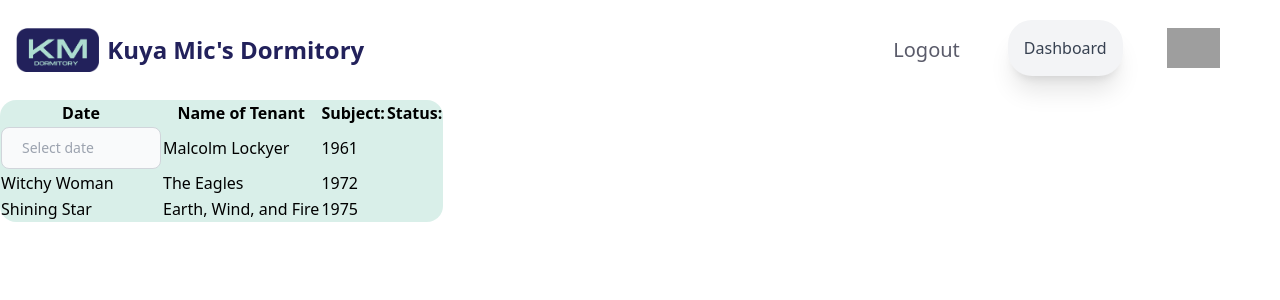
Repository: theamgri/Dormitory-Management-System
Page: logstatus.html
An editor plug-in stored every save of this project. The page is shown before and after the next save, followed by the edit.
The browser window is 1280 px wide. The pictures show the whole page.
Pictures or frames that could not be fetched are drawn as grey boxes. Some web libraries are served in a nearby version.

Above is the page before, as saved 2023-02-27 21:55:44.

### logstatus.html
<!DOCTYPE html>
<html lang="en">
<head>
    <script src="https://cdn.tailwindcss.com"></script>
    <script src="https://unpkg.com/flowbite@1.5.5/dist/datepicker.js"></script>
    <meta charset="UTF-8">
    <meta http-equiv="X-UA-Compatible" content="IE=edge">
    <meta name="viewport" content="width=device-width, initial-scale=1.0">
    <link rel="icon" type="image/x-icon" href="/assets/logo.png">
    <title>Tenant Log Status</title>


    <nav class="bg-white border-gray-200 px-2 lg:px-4 py-1 rounded dark:bg-gray-100">
        <div class="container flex flex-wrap items-center justify-between mx-auto">
          <a href="https://flowbite.com/" class="flex items-left">
              <img src="/assets/logo.png" class="h-11" alt="KM Logo" />
              <span class="self-center align-middle pl-2 text-2xl font-Montserrat font-bold whitespace-nowrap" style="color: #22215B">Kuya Mic's Dormitory </span>
          </a>

          <button data-collapse-toggle="navbar-default" type="button" class="inline-flex items-center p-2 ml-3 text-sm text-gray-500 rounded-lg md:hidden hover:bg-gray-100 focus:outline-none focus:ring-2 focus:ring-gray-200 dark:text-gray-400 dark:hover:bg-gray-700 dark:focus:ring-gray-600" aria-controls="navbar-default" aria-expanded="false">
          <svg class="w-6 h-6" aria-hidden="true" fill="currentColor" viewBox="0 0 20 20" xmlns="http://www.w3.org/2000/svg"><path fill-rule="evenodd" d="M3 5a1 1 0 011-1h12a1 1 0 110 2H4a1 1 0 01-1-1zM3 10a1 1 0 011-1h12a1 1 0 110 2H4a1 1 0 01-1-1zM3 15a1 1 0 011-1h12a1 1 0 110 2H4a1 1 0 01-1-1z" clip-rule="evenodd"></path></svg>
          </button>
          <div class="hidden w-full md:block md:w-auto" id="navbar-default">
            <ul class="flex flex-col p-4 mt-4 border border-gray-100 rounded-lg md:flex-row md:space-x-8 md:mt-0 md:text-sm md:font-medium md:border-0">
              <li>
                <a href="login.html" class="block bg-blue-700 font-Montserrat rounded text-xl md:bg-transparent md:text-blue-700 md:p-4" aria-current="page" style="color: #5A5B6A">Logout</a>
              </li>
              <li>
                <a href="home.html" class="block shadow-xl bg-gray-100 font-Montserrat rounded-3xl text-base md:text-gray-700 md:p-4" aria-current="page">Dashboard</a>
              </li>
              <li>
                <a href="#" class="block py-2 pl-3 pr-4" aria-current="page"><img src="https://icones.pro/wp-content/uploads/2021/02/icone-utilisateur-gris.png" class="h-1 mr-3 sm:h-10" alt="KM Logo" /></a>
              </li>
            </ul>
          </div>

        </div>
      </nav>
</head>
<body>

        <table class="table-auto" style="background-color: #adddd075; border-radius: 1rem;">
            <thead>
              <tr>
                <th>Date</th>
                <th>Name of Tenant</th>
                <th>Subject:</th>
                <th>Status:</th>
              </tr>
            </thead>
            <tbody>
              <tr>
                <td><input datepicker type="text" class="bg-gray-50 border border-gray-300 text-gray-900 text-sm rounded-lg focus:ring-blue-500 focus:border-blue-500 block w-40 pl-5 p-2.5 dark:border-gray-600 dark:placeholder-gray-400 dark:text-white dark:focus:ring-blue-500 dark:focus:border-blue-900" placeholder="Select date" style="color: #22215B;";></td>
                <td>Malcolm Lockyer</td>
                <td>1961</td>
              </tr>
              <tr>
                <td>Witchy Woman</td>
                <td>The Eagles</td>
                <td>1972</td>
              </tr>
              <tr>
                <td>Shining Star</td>
                <td>Earth, Wind, and Fire</td>
                <td>1975</td>
              </tr>
            </tbody>
          </table>





</body>
</html>

After the next save:
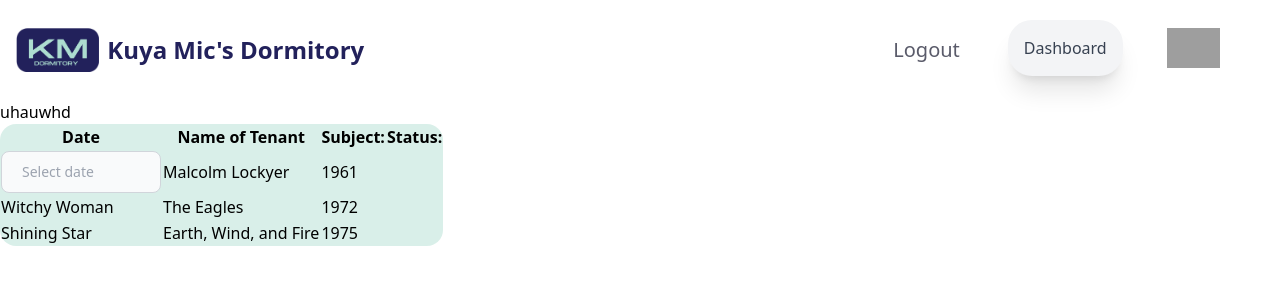
Saved 2 min 15 s later.
--- a/logstatus.html
+++ b/logstatus.html
@@ -48,6 +48,7 @@
                 <th>Status:</th>
               </tr>
             </thead>
+            <button>uhauwhd</button>
             <tbody>
               <tr>
                 <td><input datepicker type="text" class="bg-gray-50 border border-gray-300 text-gray-900 text-sm rounded-lg focus:ring-blue-500 focus:border-blue-500 block w-40 pl-5 p-2.5 dark:border-gray-600 dark:placeholder-gray-400 dark:text-white dark:focus:ring-blue-500 dark:focus:border-blue-900" placeholder="Select date" style="color: #22215B;";></td>

After the save that followed:
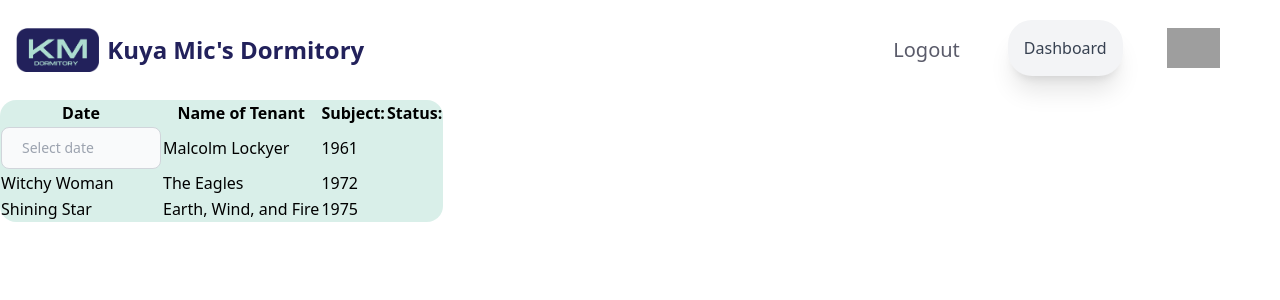
Saved 8 s later.
--- a/logstatus.html
+++ b/logstatus.html
@@ -48,7 +48,7 @@
                 <th>Status:</th>
               </tr>
             </thead>
-            <button>uhauwhd</button>
+
             <tbody>
               <tr>
                 <td><input datepicker type="text" class="bg-gray-50 border border-gray-300 text-gray-900 text-sm rounded-lg focus:ring-blue-500 focus:border-blue-500 block w-40 pl-5 p-2.5 dark:border-gray-600 dark:placeholder-gray-400 dark:text-white dark:focus:ring-blue-500 dark:focus:border-blue-900" placeholder="Select date" style="color: #22215B;";></td>
